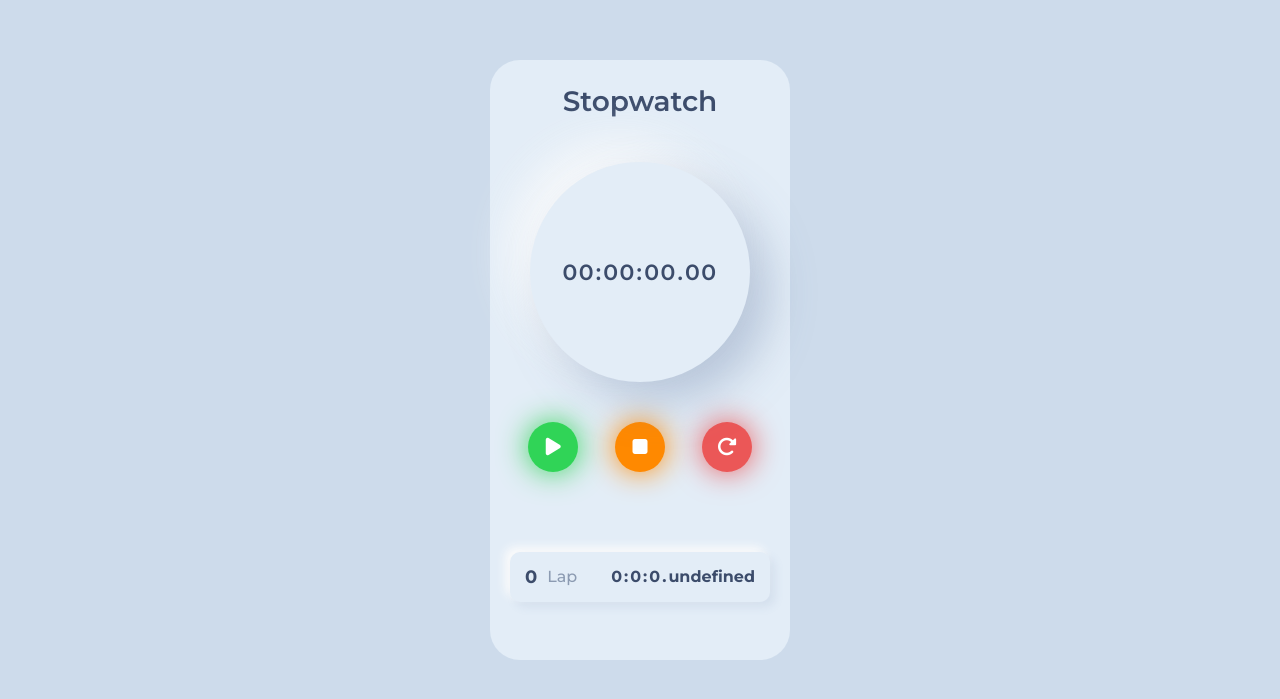
Repository: dinhtri123/stopwatch
Page: index.html
The author's editor kept a copy of each file at every save. The page is drawn from the files as they stood at one save, then again after the next save.
The browser window is 1280 px wide. The pictures show the whole page.
After loading, the first visible `button.btn-reset` was clicked once.

Above is the page before, as saved 2023-01-05 15:27:27.

After the next save:
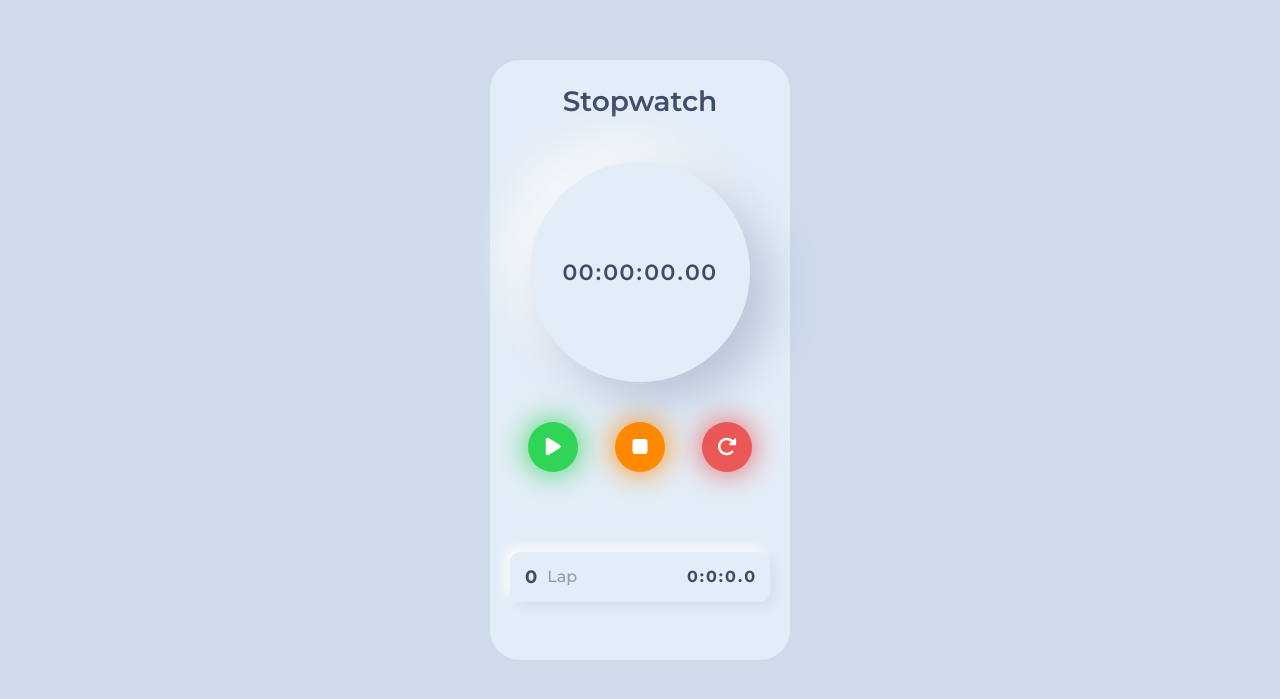
Saved 8 s later.
--- a/index.js
+++ b/index.js
@@ -102,7 +102,7 @@ btnReset.addEventListener("click", function () {
       <span>:</span>
       <p>${getTimerStorage[i]["sec"]}</p>
       <span>.</span>
-      <p>${getTimerStorage[i][3]}</p>
+      <p>${getTimerStorage[i]["milis"]}</p>
     </div>
   </div>`;
     history.insertAdjacentHTML("afterend", template);
